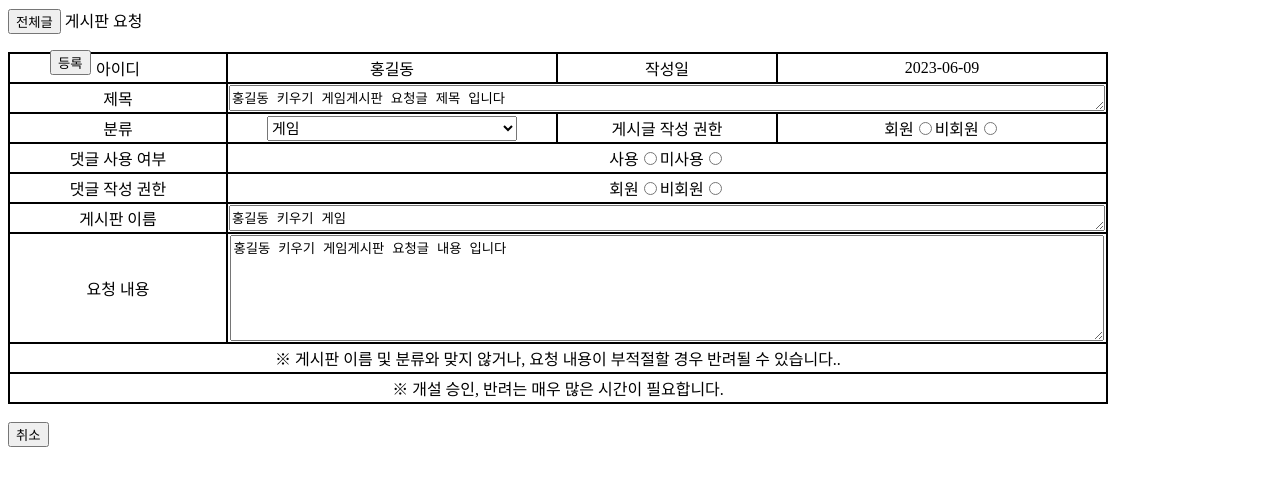
Repository: LJzero-dev/java-study
Page: http://localhost/ktbwos/bbs/request_view.jsp
The author's editor kept a copy of each file at every save. The page is drawn from the files as they stood at one save, then again after the next save.
The browser window is 1280 px wide. The pictures show the whole page.
The page is served by Tomcat 9. Other server files are loaded and not shown.

Above is the page before, as saved 2023-06-11 11:08:13.

### web/ktbwos/WebContent/bbs/request_view.jsp
<%@ page language="java" contentType="text/html; charset=UTF-8" pageEncoding="UTF-8"%>
<!DOCTYPE html PUBLIC "-//W3C//DTD HTML 4.01 Transitional//EN" "http://www.w3.org/TR/html4/loose.dtd">
<html>
<head>
<meta http-equiv="Content-Type" content="text/html; charset=UTF-8">
<style>
	a:link { color:black; text-decoration:none; }
	a:visited { color:black; text-decoration:none; }
	a:hover { color:black; text-decoration:underline; }
	table, th, td {
	border:2px solid black;
	border-collapse : collapse;
	}
	tr { height:30px;}
	th { background-color:#5B9BD5; color:white;}
	td { text-align:center;}
</style>
<title>Insert title here</title>
</head>
<body>

<div width="1100">
<input type="button" value="전체글">  게시판 요청<br /><br />
<form action="">
	<table width="1100" >
		<tr>
			<td width="20%">아이디</td>
			<td width="30%">홍길동</td>
			<td width="20%">작성일</td>
			<td width="30%">2023-06-09</td>
		</tr>
		<tr>
			<td>제목</td>
			<td colspan="3"><textarea style="width:870px; height:20px">홍길동 키우기 게임게시판 요청글 제목 입니다</textarea></td>
		</tr >
		<tr>
			<td>분류</td>
			<td>
				<select name="rl_ctgr" style="width:250px; height:25px; font-size:15px;">
					<option value="a" >게임</option>
					<option value="b" >연예</option>
					<option value="c" >스포츠</option>
				</select>
			</td>
			<td>게시글 작성 권한</td>
			<td><label>회원<input type="radio" name="rl_write" value="y" /></label><label>비회원<input type="radio" name="rl_write" value="n" /></label></td>
		</tr>
		<tr>
			<td>댓글 사용 여부</td>
			<td colspan="3"><label>사용<input type="radio" name="rl_reply_use" value="y" /></label><label>미사용<input type="radio" name="rl_reply_use" value="n" /></label>
            </td>
		</tr>

		<tr>
			<td>댓글 작성 권한</td>
			<td colspan="3"><label>회원<input type="radio" name="rl_reply_write" value="y" /></label><label>비회원<input type="radio" name="rl_reply_write" value="n" /></label>
            </td>
		</tr>

		<tr>
			<td>게시판 이름</td>
			<td colspan="3"><textarea style="width:870px; height:20px">홍길동 키우기 게임</textarea></td>
		</tr>
		<tr>
			<td>요청 내용</td>
			<td colspan="3"><textarea style="width:99%; height:100px">홍길동 키우기 게임게시판 요청글 내용 입니다</textarea></td>
		</tr>
		<tr>
			<td colspan="4">※ 게시판 이름 및 분류와 맞지 않거나, 요청 내용이 부적절할 경우 반려될 수 있습니다..</td>
		</tr>
		<tr>
			<td colspan="4">※ 개설 승인, 반려는 매우 많은 시간이 필요합니다.</td>
		</tr>
	</table><br />
	<input style="position: fixed;  top: 50px;  left: 50px;" type="submit" value="등록"><input type="button" value="취소">
</form>
</div>
</body>
</html>

After the next save:
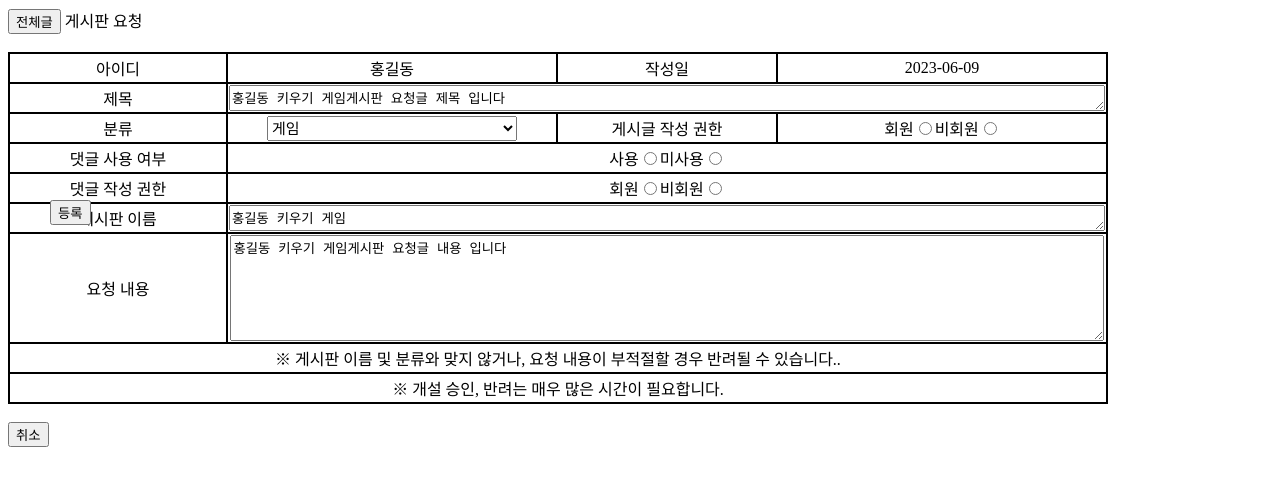
Saved 17 s later.
--- a/web/ktbwos/WebContent/bbs/request_view.jsp
+++ b/web/ktbwos/WebContent/bbs/request_view.jsp
@@ -72,7 +72,7 @@
 			<td colspan="4">※ 개설 승인, 반려는 매우 많은 시간이 필요합니다.</td>
 		</tr>
 	</table><br />
-	<input style="position: fixed;  top: 50px;  left: 50px;" type="submit" value="등록"><input type="button" value="취소">
+	<input style="position: fixed;  top: 200px;  left: 50px;" type="submit" value="등록"><input type="button" value="취소">
 </form>
 </div>
 </body>
